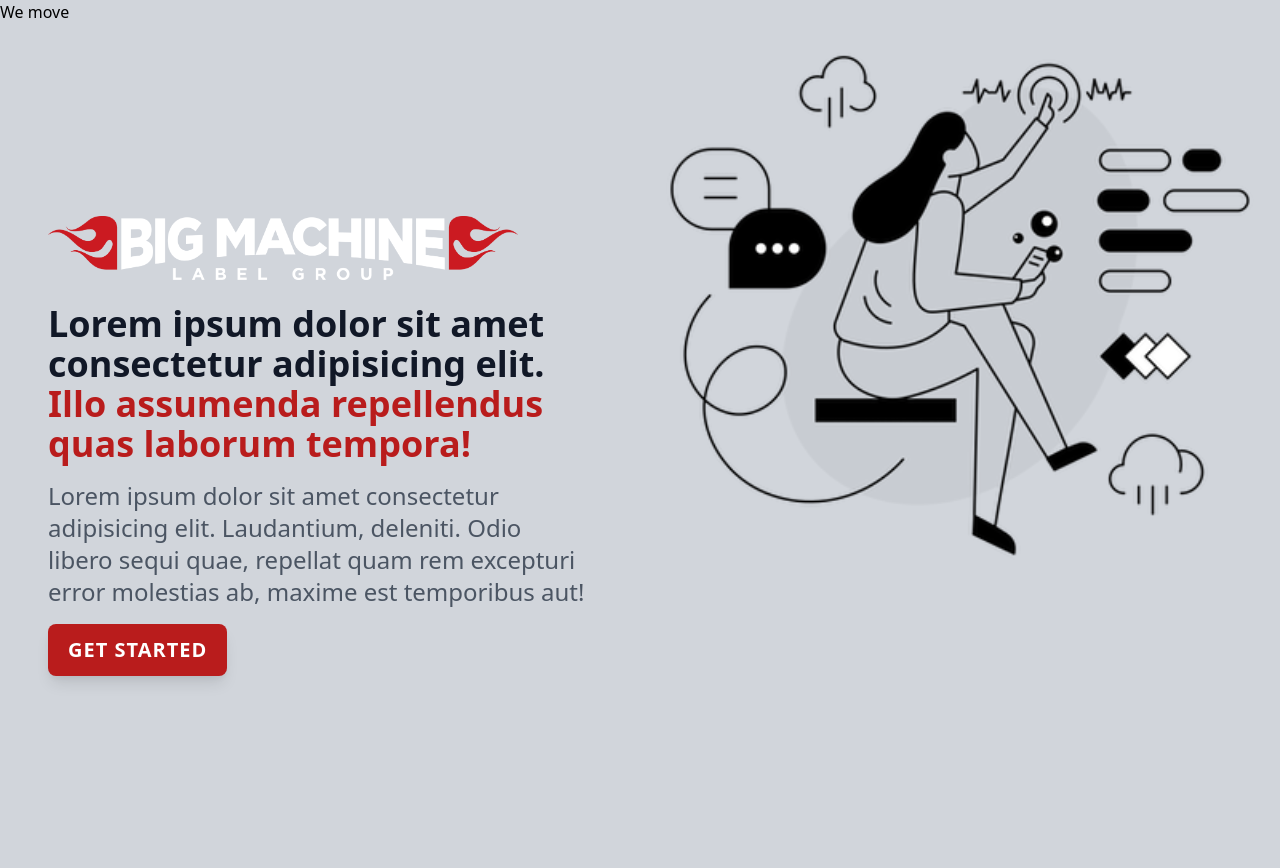
Repository: thasquirrie/fanmanagement
Page: / (app in frontend/)
The author's editor kept a copy of each file at every save. The page is drawn from the files as they stood at one save, then again after the next save.
The browser window is 1280 px wide. The pictures show the whole page.
The project was rebuilt for these pictures with package versions that can differ from the ones it lists, and the page was loaded fresh each time. A package was used in the major version that the imports need, not the one package.json lists. Also part of the build but not shown: frontend/craco.config.js, frontend/src/App.css.

Above is the page before, as saved 2021-05-25 15:26:43.

### frontend/public/index.html
<!DOCTYPE html>
<html lang="en">

<head>
  <meta charset="utf-8" />
  <link rel="icon" href="%PUBLIC_URL%/favicon.ico" />
  <meta name="viewport" content="width=device-width, initial-scale=1" />
  <meta name="theme-color" content="#000000" />
  <meta name="description" content="Web site created using create-react-app" />
  <link rel="apple-touch-icon" href="%PUBLIC_URL%/logo192.png" />
  <!--
      manifest.json provides metadata used when your web app is installed on a
      user's mobile device or desktop. See https://developers.google.com/web/fundamentals/web-app-manifest/
    -->
  <link rel="manifest" href="%PUBLIC_URL%/manifest.json" />
  <!--
      Notice the use of %PUBLIC_URL% in the tags above.
      It will be replaced with the URL of the `public` folder during the build.
      Only files inside the `public` folder can be referenced from the HTML.

      Unlike "/favicon.ico" or "favicon.ico", "%PUBLIC_URL%/favicon.ico" will
      work correctly both with client-side routing and a non-root public URL.
      Learn how to configure a non-root public URL by running `npm run build`.
    -->
  <title>React App</title>
</head>

<body class='bg-gray-300'>
  <noscript>You need to enable JavaScript to run this app.</noscript>
  <div id="root">
    <p></p>
  </div>
  <!--
      This HTML file is a template.
      If you open it directly in the browser, you will see an empty page.

      You can add webfonts, meta tags, or analytics to this file.
      The build step will place the bundled scripts into the <body> tag.

      To begin the development, run `npm start` or `yarn start`.
      To create a production bundle, use `npm run build` or `yarn build`.
    -->
</body>

</html>

### frontend/src/index.css
body {
 margin: 0;
 font-family: -apple-system, BlinkMacSystemFont, 'Segoe UI', 'Roboto', 'Oxygen',
  'Ubuntu', 'Cantarell', 'Fira Sans', 'Droid Sans', 'Helvetica Neue', sans-serif;
 -webkit-font-smoothing: antialiased;
 -moz-osx-font-smoothing: grayscale;
}

code {
 font-family: source-code-pro, Menlo, Monaco, Consolas, 'Courier New', monospace;
}

@tailwind base;
@tailwind components;
@tailwind utilities;

### frontend/src/App.js
import { Route, BrowserRouter, Switch } from 'react-router-dom';
import Header from './components/Header';
import HomeScreen from './screens/HomeScreen';
// import logo from './logo.svg';
import './App.css';

function App() {
 return (
  <BrowserRouter>
   <Header />
   <main className='container'>
    <Switch>
     <Route path='/' component={HomeScreen} />
    </Switch>
   </main>
  </BrowserRouter>
 );
}

export default App;

### frontend/src/components/Header.jsx
import React from 'react';
import { NavLink } from 'react-router-dom';

const Header = () => {
 let collapse = document.querySelector('#navbar-collapse');

 const handleClick = (e) => {
  console.log(collapse);
  collapse.classList.toggle('hidden');
  collapse.classList.toggle('flex');
 };

 return (
  <div>We move</div>
  // <nav className='bg-white py-2 md:py-4'>
  //  <div className='container px-4 mx-auto md:flex md:items-center'>
  //   <div className='flex justify-between items-center'>
  //    <NavLink to='/' className='font-bold text-xl text-indigo-600'>
  //     FWR
  //    </NavLink>
  //    <button
  //     className='border border-solid border-gray-600 px-3 py-1 rounded text-gray-600 opacity-50 hover:opacity-75 md:hidden'
  //     id='navbar-toggle'
  //     onClick={handleClick}
  //    >
  //     <i className='fas fa-bars'></i>
  //    </button>
  //   </div>

  //   <div
  //    className='md:flex flex-col md:flex-row md:ml-auto mt-3 md:mt-0  hidden'
  //    id='navbar-collapse'
  //   >
  //    <NavLink
  //     to='/'
  //     className='p-2 lg:px-4 md:mx-2 text-white rounded active:bg-indigo-600'
  //    >
  //     Home
  //    </NavLink>
  //    <NavLink
  //     to='#'
  //     className='p-2 lg:px-4 md:mx-2 text-gray-600 rounded hover:bg-gray-200 hover:text-gray-700 transition-colors duration-300 active:bg-indigo-600'
  //    >
  //     About
  //    </NavLink>
  //    <NavLink
  //     to='#'
  //     className='p-2 lg:px-4 md:mx-2 text-gray-600 rounded hover:bg-gray-200 hover:text-gray-700 transition-colors duration-300'
  //    >
  //     Features
  //    </NavLink>
  //    <NavLink
  //     to='#'
  //     className='p-2 lg:px-4 md:mx-2 text-gray-600 rounded hover:bg-gray-200 hover:text-gray-700 transition-colors duration-300'
  //    >
  //     Pricing
  //    </NavLink>
  //    <NavLink
  //     to='#'
  //     className='p-2 lg:px-4 md:mx-2 text-gray-600 rounded hover:bg-gray-200 hover:text-gray-700 transition-colors duration-300'
  //    >
  //     Contact
  //    </NavLink>
  //    <NavLink
  //     to='#'
  //     className='p-2 lg:px-4 md:mx-2 text-indigo-600 text-center border border-transparent rounded hover:bg-indigo-100 hover:text-indigo-700 transition-colors duration-300'
  //    >
  //     Login
  //    </NavLink>
  //    <NavLink
  //     to='#'
  //     className='p-2 lg:px-4 md:mx-2 text-indigo-600 text-center border border-solid border-indigo-600 rounded hover:bg-indigo-600 hover:text-white transition-colors duration-300 mt-1 md:mt-0 md:ml-1'
  //    >
  //     Signup
  //    </NavLink>
  //   </div>
  //  </div>
  // </nav>
 );
};

export default Header;

### frontend/src/screens/HomeScreen.jsx
import React from 'react';

const HomeScreen = () => {
 return (
  <>
   <div className='flex'>
    <div className='px-8 py-12 max-w-md mx-auto sm:max-w-xl lg:w-1/2 lg:max-w-full lg:py-48 lg:px-12 lg:align-baseline'>
     <img className='lg:h-16' src='/img/pngegg.png' alt='Big Machine' />
     <img
      className='mt-6 rounded-lg sm:mt-8 sm:w-full sm:object-cover sm:object-center lg:hidden'
      src='/img/Communication.png'
      alt='Woman organizing'
     />
     <h1 className='mt-6 text-2xl font-bold text-gray-900 leading-tight lg:text-4xl'>
      Lorem ipsum dolor sit amet consectetur adipisicing elit. <br />
      <span className='text-red-700'>
       Illo assumenda repellendus quas laborum tempora!
      </span>
     </h1>
     <p className=' lg:text-2xl mt-4 text-gray-600'>
      Lorem ipsum dolor sit amet consectetur adipisicing elit. Laudantium,
      deleniti. Odio libero sequi quae, repellat quam rem excepturi error
      molestias ab, maxime est temporibus aut!
     </p>

     <div className='mt-4'>
      <button className='inline-block px-5 py-3 rounded-lg bg-red-700 text-white uppercase tracking-wider shadow-lg font-semibold lg:text-xl'>
       Get Started
      </button>
     </div>
    </div>
    <div className='hidden lg:block lg:w-1/2 relative'>
     <img
      className='absolute inset-0 w-full object-cover object-center'
      src='/img/Communication.png'
      alt='Woman organizing'
     />
    </div>
   </div>
  </>
 );
};

export default HomeScreen;

Loaded but not shown: frontend/src/index.js (common file); frontend/src/reportWebVitals.js (common file); frontend/tailwind.config.js (common file)

After the next save:
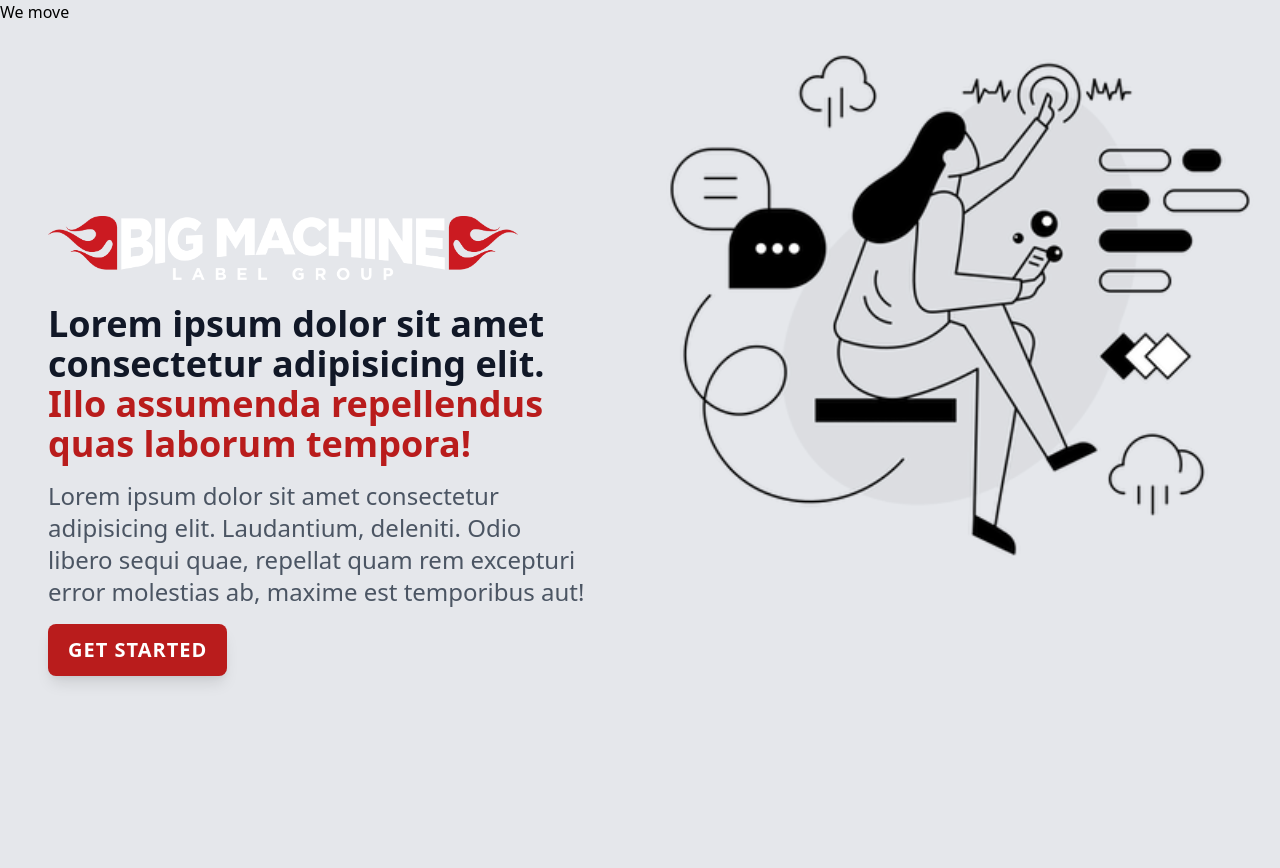
Saved 82 s later.
--- a/frontend/public/index.html
+++ b/frontend/public/index.html
@@ -25,7 +25,7 @@
   <title>React App</title>
 </head>
 
-<body class='bg-gray-300'>
+<body class='bg-gray-200'>
   <noscript>You need to enable JavaScript to run this app.</noscript>
   <div id="root">
     <p></p>
